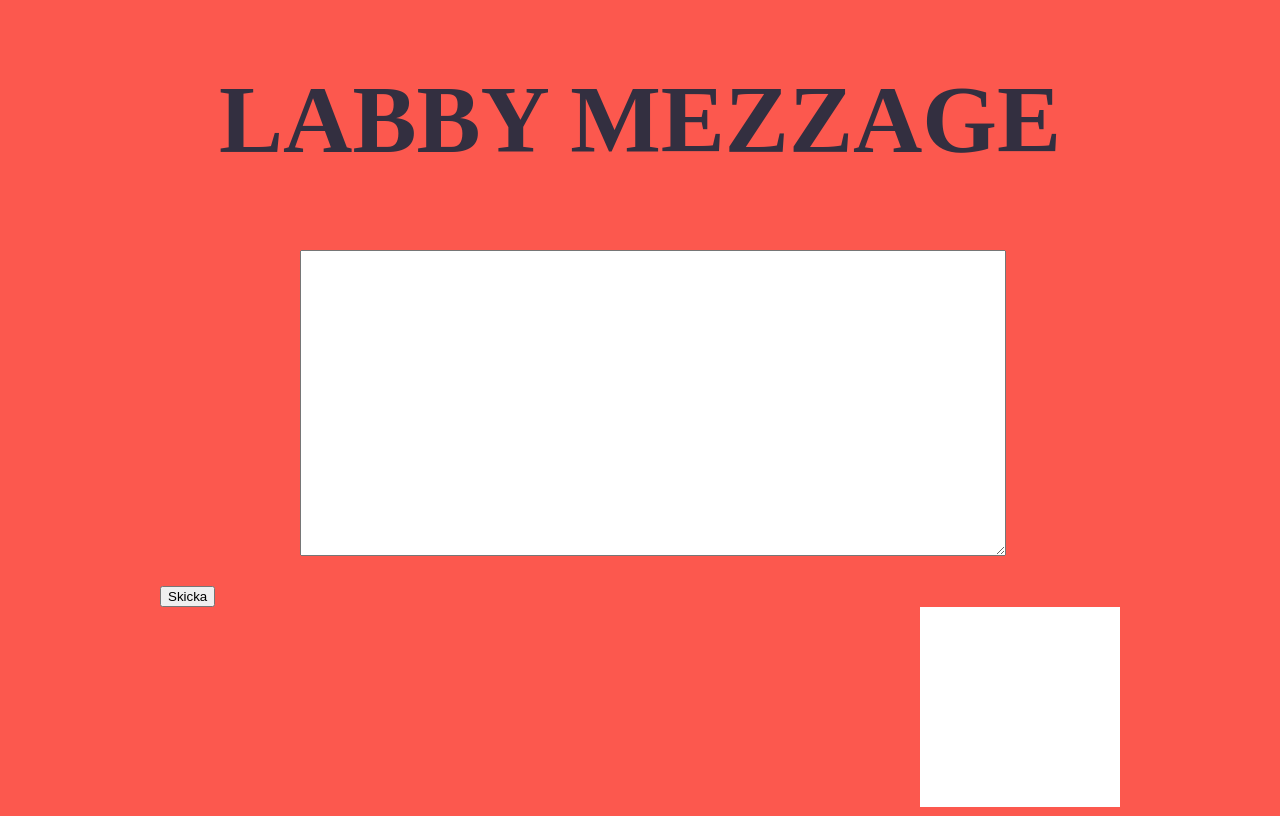
Repository: em222mt/1dv403-laborationer
Page: 2-labbymezzage/Index.html
The author's editor kept a record of every edit. The page is drawn from the files as they stood at one moment, then again after the next edit.
The browser window is 1280 px wide. The pictures show the whole page.

Above is the page before.

### 2-labbymezzage/Index.html
<!DOCTYPE html>
<html lang="sv">
<head>
	<meta charset="UTF-8" />
 	<title>Labby Mezzage</title>
    <link rel="stylesheet" href="css/style.css">
</head>
    <body>
        <header>
            <h1>LABBY MEZZAGE</h1>
        </header>

        <main>
            <div id="container">
                <section id="mainsection">
            		<form id="form">
                        <textarea id="formtext" cols="90" rows="20"></textarea>
                        <p id="value"></p>
                        <input id="send" type="submit" value="Skicka" />
                    </form>
                </section>
                <aside id="messagearea">

                </aside>
            </div>

        </main>

    	<script src="js/Message.js"></script>
    	<script src="js/MessageBoard.js"></script>
    	<script src="js/script.js"></script>

    </body>
</html>

### 2-labbymezzage/css/style.css
/*Layout*/

article, aside, details, figcaption, figure,
footer, header, hgroup, main, menu, nav{
    display: block;
    background-color: #FC584E;
}

a:link 	    { color: black; }
a:visited 	{ color: gray; }
a:focus 	{ color: #838283; }
a:hover	    { color: #6495ED; background-color: white;}
a:active 	{ color: #FFFFFF; }

/*Container*/

#container {
    max-width: 960px;
    overflow: auto;
    margin: 0 auto;
}
h1 {
    font-weight: bold;
    text-align: center;
    color: #332F40;
    font-size: 6em;
    font-family: Comic Sans, Comic Sans MS, cursive;
    text-decoration: uppercase;
}
#formtext {
    margin: 10px 50px 10px 140px;
    width: 700px;
}
body{
    background-color: #FC584E;
}

#mainsection{
    max-width: 960px;
    overflow: auto;
    margin: 0 auto;
}

#messagearea {
    float: right;
    background-color: white;
    width: 200px;
    height: 200px;

}

### 2-labbymezzage/js/Message.js
'use strict';

function Message(message, date){

    this.getText = function(){
        return message;
    };

    this.setText = function(_text){
        message = _text;
    };

    this.getDate = function(){
        return date;
    };

    this.setDate = function(_date){
        date = _date;
    };

}

Message.prototype.toString = function() {
                return this.getText()+" ("+this.getDate()+")";
};

Message.prototype.getHTMLText = function(){
    return this.getText().replace(/[\n\r]/g, "</br>");
};

Message.prototype.getDateText = function(){
    var now = new Date();
    var hours = now.getHours();
    var minutes = now.getMinutes();
    var seconds = now.getSeconds();

    //IF-sats för att lägga till nollor som i C#?

    var formattedTime = hours +":"+ minutes +":"+seconds;
        return formattedTime;
};

### 2-labbymezzage/js/MessageBoard.js
'use strict';

var MessageBoard = {

    messages: [],

    init: function(e){
        // var mess = new Message();
        var text = document.getElementById("formtext");

        var submit = document.getElementById("send");
    },

    // renderMessages: function(){
    //     //Ta bort alla meddelanden
    //     document.getElementById("formtext".innerHTML = "");

    //     //Rendera alla meddelanden
    //     for (var i = 0; i < MessageBoard.messages.length; ++i){
    //         MessageBoard.renderMessage(i);
    //     }
    // },

    // renderMessage: function(text){
    //     //Kod här för att ta bort ett meddelande.
    // }

};

window.onload = MessageBoard.init;

Loaded but not shown: 2-labbymezzage/js/script.js (common file)

After the next edit:
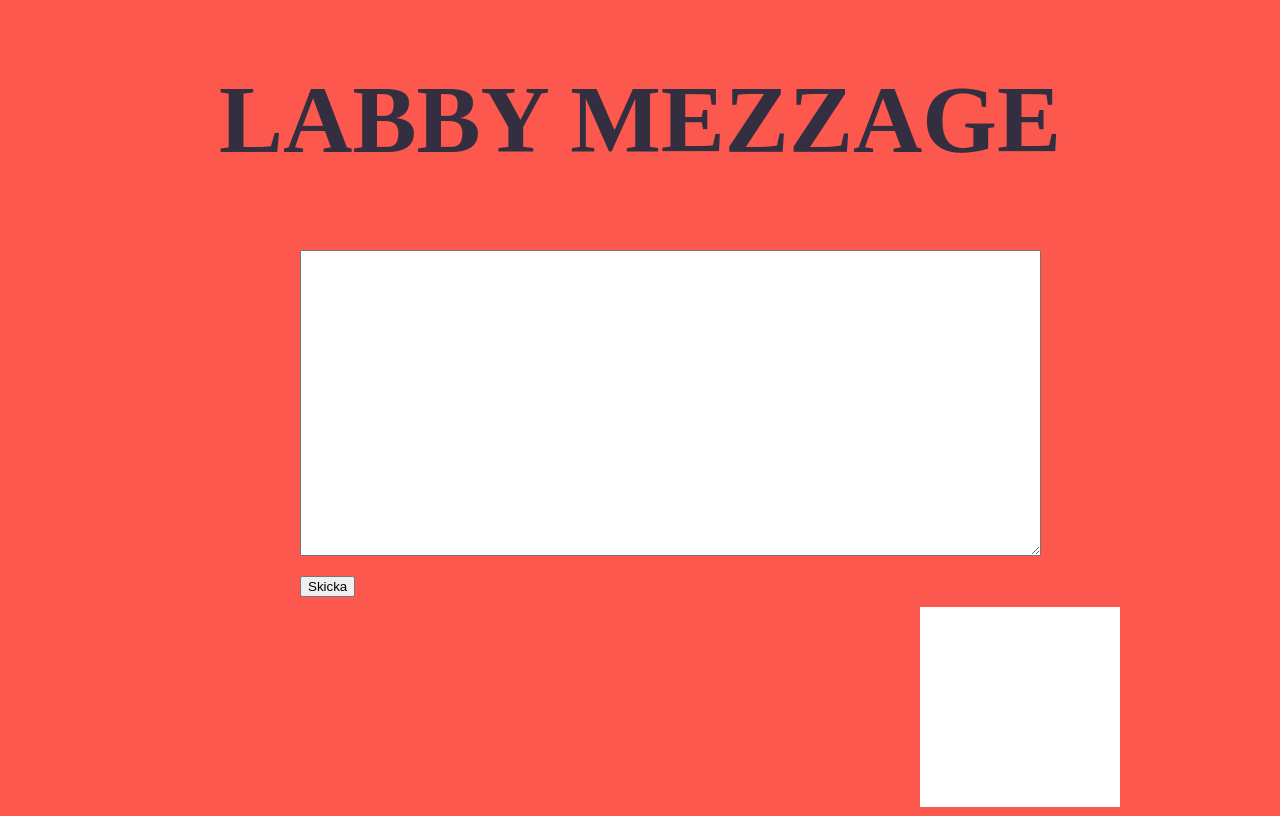
The edit:
--- a/2-labbymezzage/css/style.css
+++ b/2-labbymezzage/css/style.css
@@ -27,7 +27,7 @@
     font-family: Comic Sans, Comic Sans MS, cursive;
     text-decoration: uppercase;
 }
-#formtext {
+#form {
     margin: 10px 50px 10px 140px;
     width: 700px;
 }
